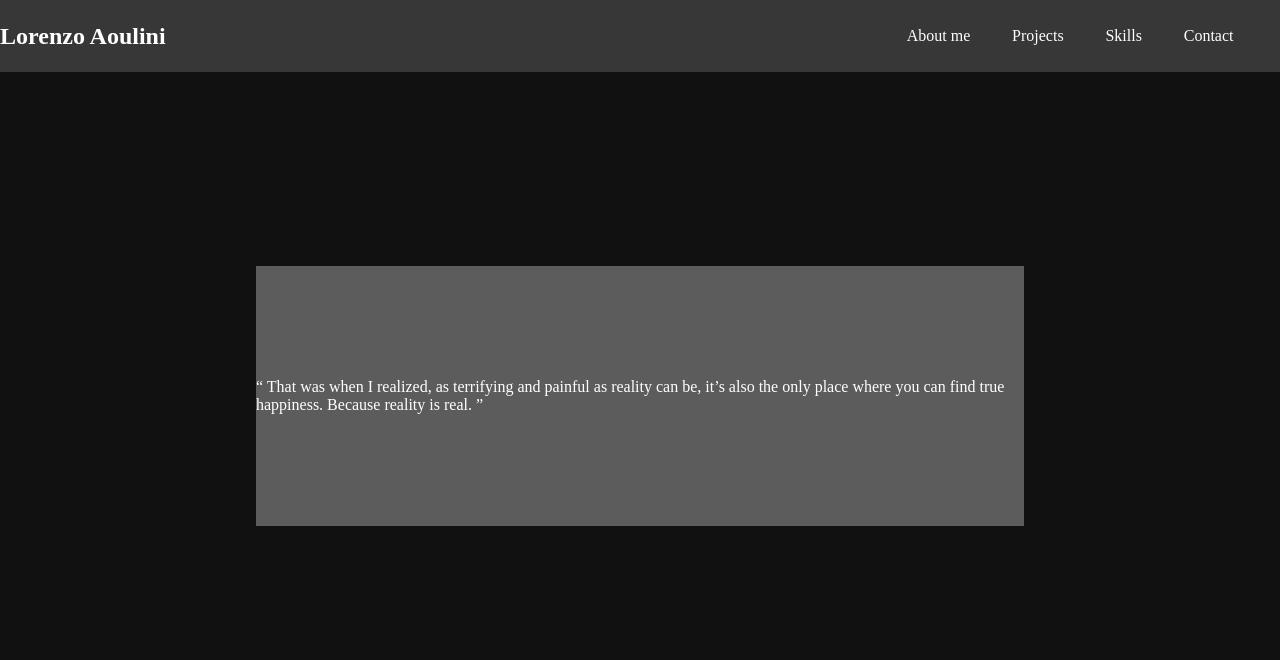
Repository: lolo298/lolo298.github.io
Page: index.html
An editor plug-in stored every save of this project. The page is shown before and after the next save, followed by the edit.
The browser window is 1280 px wide. The pictures show the whole page.

Above is the page before, as saved 2022-05-10 13:31:41.

### index.html
<!DOCTYPE html>
<html lang="en">

<head>
    <meta charset="UTF-8">
    <meta http-equiv="X-UA-Compatible" content="IE=edge">
    <meta name="viewport" content="width=device-width, initial-scale=1.0">
    <link rel="stylesheet" href="css/style.css">
    <script src="js/functions.js"></script>
    <title>Portfolio</title>
</head>

<body>
    <div class="main-container">
        <nav class="main-navbar">
            <h1>Lorenzo Aoulini</h1>
            <div class="main-navbar-list">
                <a class="main-navbar-item" href="#">
                    <div>Contact</div>
                </a>
                <a class="main-navbar-item" href="#">
                    <div>Skills</div>
                </a>
                <a class="main-navbar-item" href="#">
                    <div>Projects</div>
                </a>
                <a class="main-navbar-item" href="#">
                    <div>About me</div>
                </a>
            </div>

        </nav>
        <div class="landing">
            <div class="quote-container">
                <div class="quote-text">
                    <q>
                    That was when I realized, as terrifying and painful as reality can be, it’s also the only place where you can find true happiness. Because reality is real.
                </q>
                </div>
            </div>
        </div>
    </div>

</body>

</html>

### css/style.css
    html {
        background-color: #111111;
    }

    body {
        padding: 0;
        margin: 0;
        width: 100vw;
        height: 100vh;
    }
    /* styling of navbar */

    .main-container {
        color: white;
        height: 100%;
        width: 100%;
    }

    .main-navbar {
        background-color: #373737;
        height: 10%;
        width: 100%;
        display: flex;
        justify-content: space-between;
        align-items: center;
    }

    .main-navbar>* {
        margin: 0;
    }

    .main-navbar>h1 {
        width: 20%;
    }

    .main-navbar-list {
        width: 100%;
        display: flex;
        flex-direction: row-reverse;
        align-items: center;
        list-style: none;
        margin-right: 2%;
        height: 100%;
    }

    .main-navbar-item {
        display: flex;
        align-items: center;
        justify-content: center;
        text-decoration: none;
        color: white;
        width: max-content;
        height: 100%;
        padding: 0% 2% 0% 2%;
    }

    .main-navbar-item:hover {
        background-color: #6A6A6A;
    }

    .main-navbar-item>div {
        width: max-content;
    }
    /* styling of landing page */

    .landing {
        height: 90%;
        width: 100%;
        display: flex;
        justify-content: center;
        align-items: center;
    }
    /* styling of quote */

    .quote-container {
        width: 60%;
        height: 40%;
        margin: auto;
        display: flex;
        justify-content: center;
        align-items: center;
        flex-direction: column;
        background-color: rgba(196, 196, 196, 0.42);
    }

Loaded but not shown: js/functions.js (no copy from this time; the picture is the same without it)

After the next save:
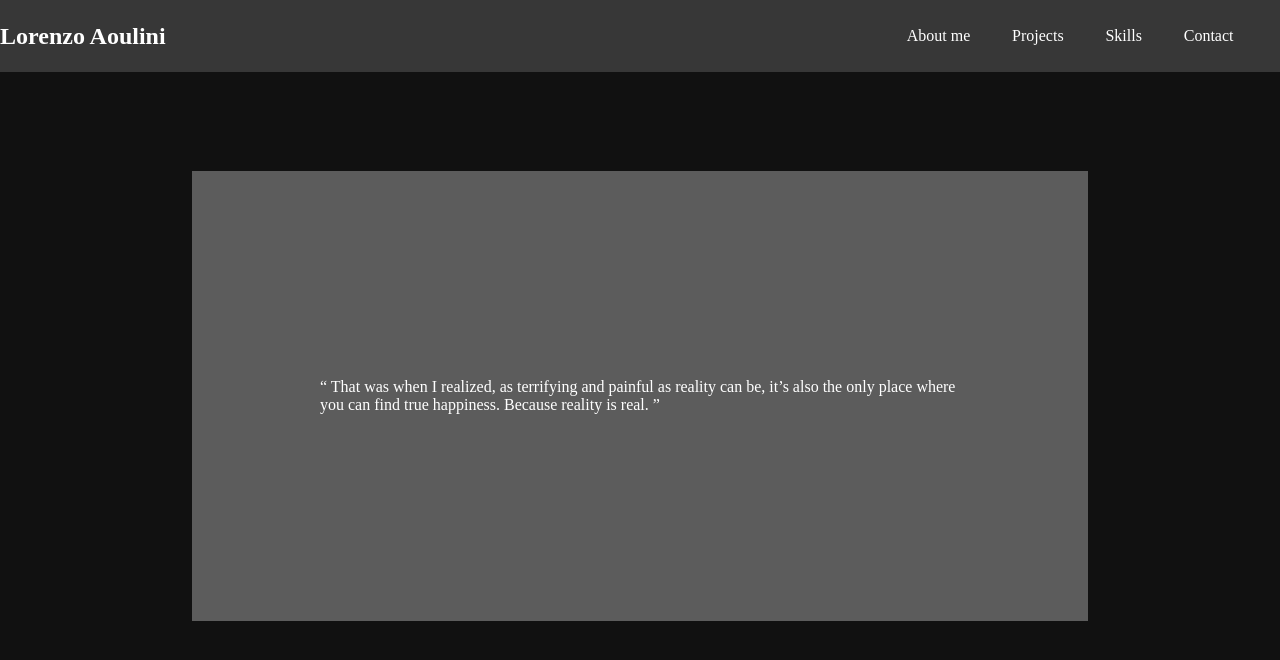
Saved 32 s later.
--- a/css/style.css
+++ b/css/style.css
@@ -73,8 +73,9 @@
     /* styling of quote */
 
     .quote-container {
-        width: 60%;
-        height: 40%;
+        width: 50%;
+        height: 30%;
+        padding: 10%;
         margin: auto;
         display: flex;
         justify-content: center;
